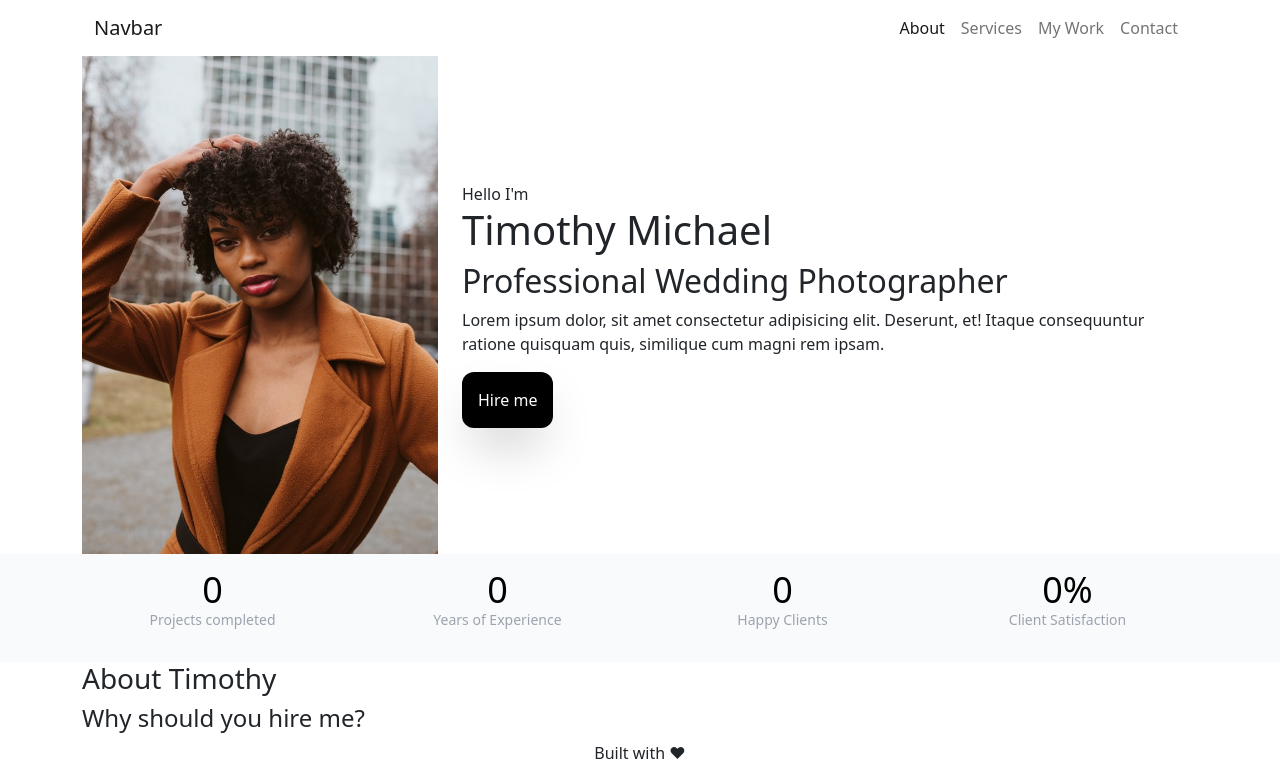
Repository: latenightsnacc/giggles
Page: HTML/freelancer.html
The author's editor kept a copy of each file at every save. The page is drawn from the files as they stood at one save, then again after the next save.
The browser window is 1280 px wide. The pictures show the whole page.
Some web libraries are served in a nearby version.

Above is the page before, as saved 2021-01-03 15:08:33.

After the next save:
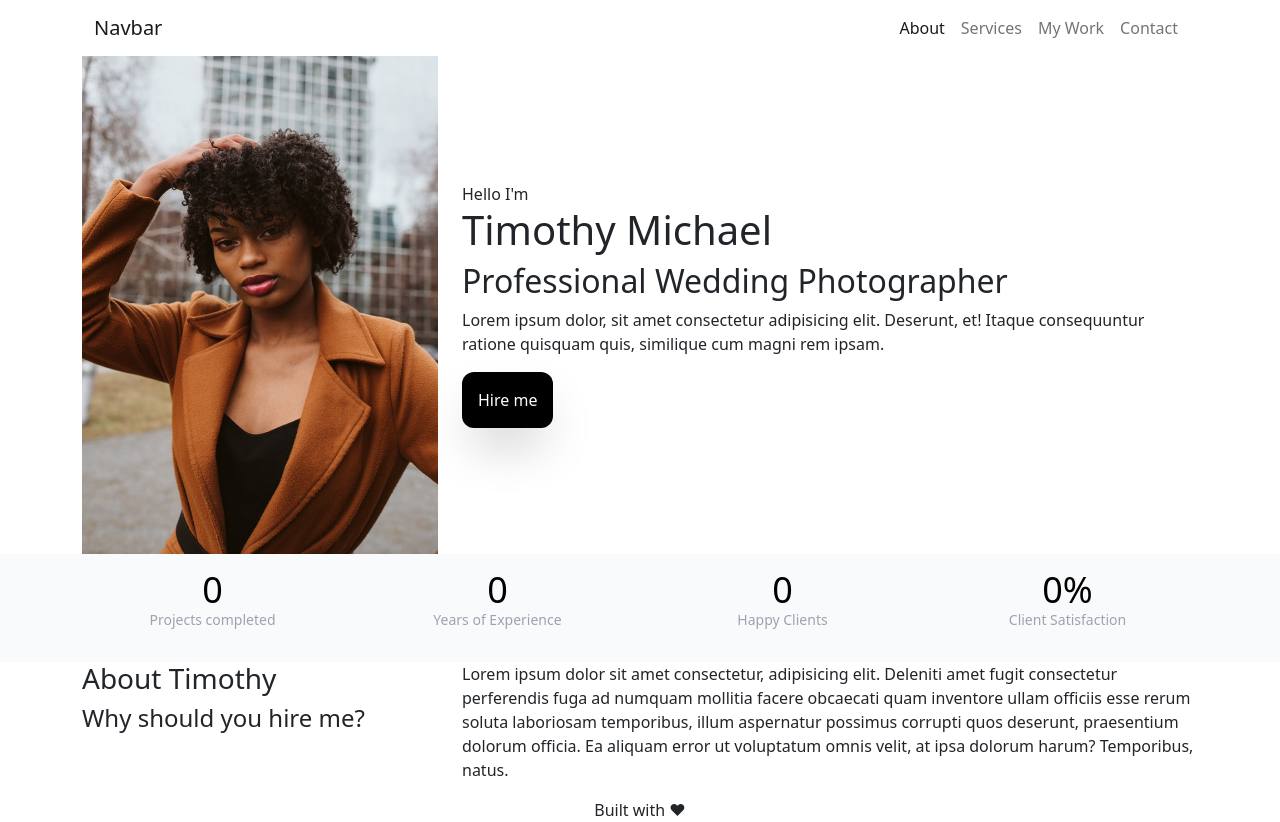
Saved 18 s later.
--- a/HTML/freelancer.html
+++ b/HTML/freelancer.html
@@ -94,7 +94,9 @@
                     <h3>About Timothy</h3>
                     <h4>Why should you hire me?</h4>
                 </div>
-                <div class="col-sm-12 col-md-6 col-lg-8 col-xl-8"></div>
+                <div class="col-sm-12 col-md-6 col-lg-8 col-xl-8">
+                    <p>Lorem ipsum dolor sit amet consectetur, adipisicing elit. Deleniti amet fugit consectetur perferendis fuga ad numquam mollitia facere obcaecati quam inventore ullam officiis esse rerum soluta laboriosam temporibus, illum aspernatur possimus corrupti quos deserunt, praesentium dolorum officia. Ea aliquam error ut voluptatum omnis velit, at ipsa dolorum harum? Temporibus, natus.</p>
+                </div>
             </div>
         </div>
     </main>
